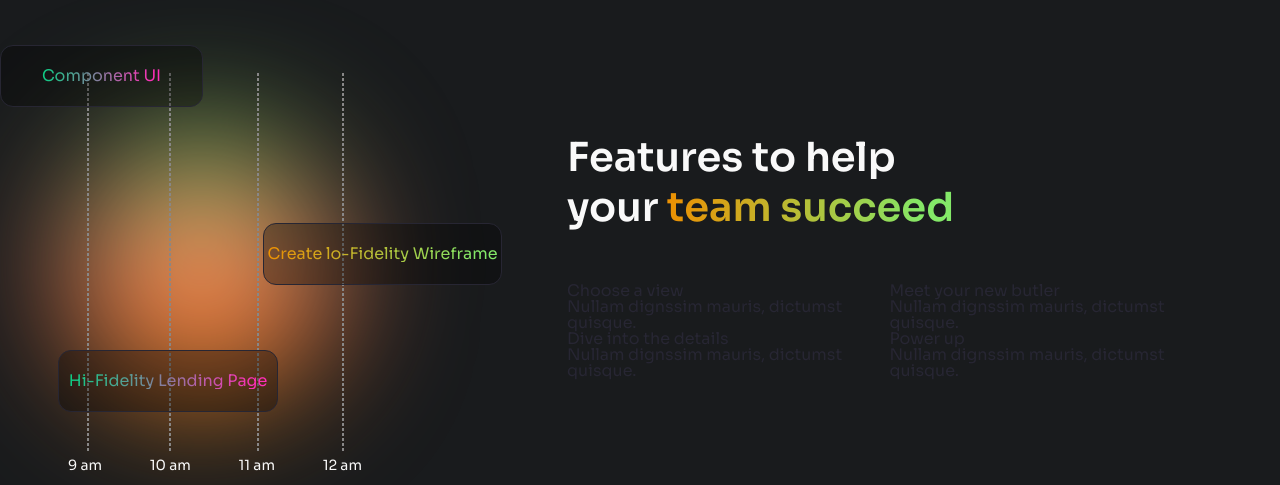
Repository: anhthiethumg/Task_Managerment_Website
Page: index.html
An editor plug-in stored every save of this project. The page is shown before and after the next save, followed by the edit.
The browser window is 1280 px wide. The pictures show the part of the page from y = 2400 to 2888 px (the page is 2885 px tall before and 2888 px after).
A picture or video elsewhere on the page could not be fetched, so the positions and the page height are approximate.

Above is the page before, as saved 2023-07-31 09:08:46.

### index.html
<!DOCTYPE html>
<html lang="en">
  <head>
    <meta charset="UTF-8" />
    <meta name="viewport" content="width=device-width, initial-scale=1.0" />
    <title>Task Managerment Website</title>
    <!-- Reset Css -->
    <link rel="stylesheet" href="./assets/css/reset.css" />

    <!-- CSS -->
    <link rel="stylesheet" href="./assets/css/styles.css" />

    <!-- Embed Font-->

    <link rel="preconnect" href="https://fonts.googleapis.com" />
    <link rel="preconnect" href="https://fonts.gstatic.com" crossorigin />
    <link
      href="https://fonts.googleapis.com/css2?family=Sora:wght@400;600;700;800&display=swap"
      rel="stylesheet"
    />
  </head>
  <body>
    <!-- Header -->
    <section class="header">
      <div class="container">
        <navbar class="row nav">
          <img src="./assets/image/logo.svg" alt="Task." />
          <div class="nav-list">
            <a class="nav-item" href="#!">Home</a>
            <a class="nav-item" href="#!">Products</a>
            <a class="nav-item" href="#!">Guidlines</a>
            <a class="nav-item" href="#!">Guidlines</a>
          </div>
          <button class="btn nav-btn">Sign In</button>
        </navbar>
        <section class="hero">
          <div class="row hero__content">
            <div class="stacked-circles">
              <div class="circles"></div>
              <div class="circles"></div>
              <div class="circles"></div>
              <div class="circles"></div>
            </div>
            <div class="hero--content__heading">
              <h1 class="hero__heading">
                Make <span class="heading__liner">Management</span> Way More
                Easier Than Ever
              </h1>
              <p class="hero__desc section-desc">
                The online collaborative management platform to bring more
                efficiency and performace
              </p>
              <div class="hero-btn row">
                <button type="button" class="btn hero__btn">
                  Request Demo
                </button>
                <button type="button" class="btn hero__btn">Contact Us</button>
              </div>
            </div>
            <div class="stacked-circles">
              <div class="circles"></div>
              <div class="circles"></div>
              <div class="circles"></div>
              <div class="circles"></div>
            </div>
          </div>
          <section class="task-manager row">
            <sidebar class="sidebar">
              <div class="row sidebar__header">
                <img
                  src="./assets/icons/icon-sidebar.svg"
                  alt="icon-sidebar"
                  class="icon__sidebar"
                />
                <img
                  src="./assets/icons/dashboard-icon.svg"
                  alt="dashboard-icon"
                  class="dashboard-icon"
                />
                <h4 class="sidebar__heading">Dashboard</h4>
              </div>
              <div class="sidebar__list">
                <h4 class="sidebar__list--heading">Collections</h4>
                <div class="sidebar__list--item">
                  <h5 class="sidebar__item--content">School</h5>
                </div>
                <div class="sidebar__list--item">
                  <h5 class="sidebar__item--content">Personal</h5>
                </div>
              </div>
            </sidebar>
            <section class="task-manager__section">
              <div class="task__header row">
                <img src="./assets/icons/school.png" alt="Back" class="back" />
                <img
                  src="./assets/icons/contact us icon.png"
                  alt="Contact"
                  class="contact-us"
                />
              </div>
              <div class="task__content row">
                <div class="list--work">
                  <div class="list-sort">Sort</div>
                  <div class="work--item">Finish the Easay collaboration</div>
                  <div class="work--item">Do the math for next monday</div>
                  <div class="work--item">
                    Read the next chapter of the book
                  </div>
                  <div class="work--item">
                    Send the collabaration files to jerusha
                  </div>
                  <div class="work--item">
                    Finish the powerpoint presentation
                  </div>
                  <div class="work--item">Add task</div>
                </div>
                <div class="daily-task">
                  <div class="dailytask__heading">Daily task.</div>
                  <img
                    class="dailytask__img"
                    src="./assets/image/Rectangle 50.png"
                    alt="Daily task"
                  />
                </div>
              </div>
              <div class="card">
                <div class="card__heading">Collections</div>
                <div class="card__list">
                  <div class="card__item">
                    <div class="card__item--icon"></div>
                    <div class="card__item--content">
                      <h4 class="card__item--title">School</h4>
                      <p class="card__item--desc">4 task plus tomorrow.</p>
                    </div>
                  </div>
                  <div class="card__item">
                    <div class="card__item--icon"></div>
                    <div class="card__item--content">
                      <h4 class="card__item--title">Personal</h4>
                      <p class="card__item--desc">1 task plus today.</p>
                    </div>
                  </div>
                  <div class="card__item">
                    <div class="card__item--icon"></div>
                    <div class="card__item--content">
                      <h4 class="card__item--title">Design</h4>
                      <p class="card__item--desc">3 task plus rewt week.</p>
                    </div>
                  </div>
                </div>
              </div>
            </section>
          </section>
        </section>
      </div>
    </section>

    <!-- Main -->
    <main class="main">
      <div class="container">
        <!-- Services -->
        <section class="services">
          <div class="services__icon--list">
            <div class="services__icon--bg">
              <img
                src="./assets/icons/report.png"
                alt="Report"
                class="services__icon"
              />
            </div>
            <img src="./assets/icons/dash line-1.svg" alt="dash-line" />
            <div class="services__icon--bg">
              <img
                src="./assets/icons/server.png"
                alt="Server"
                class="services__icon"
              />
            </div>

            <img src="./assets/icons/dash line-1.svg" alt="dash-line" />
            <div class="services__icon--bg">
              <img
                src="./assets/icons/support.png"
                alt="Support"
                class="services__icon"
              />
            </div>
          </div>
          <div class="services__list row">
            <div class="services__items">
              <h3 class="services__heading">Structured Reports</h3>
              <p class="services__desc">
                Sed rhoncus sit sed tellus donec lorem lectus nunc, ornare
              </p>
            </div>
            <div class="services__items">
              <h3 class="services__heading">Cloud System</h3>
              <p class="services__desc">
                Sed rhoncus sit sed tellus donec lorem lectus nunc, ornare
              </p>
            </div>
            <div class="services__items">
              <h3 class="services__heading">24/7 Support</h3>
              <p class="services__desc">
                Sed rhoncus sit sed tellus donec lorem lectus nunc, ornare
              </p>
            </div>
          </div>
        </section>

        <!-- Static -->

        <section class="static row">
          <section class="static__content">
            <h2 class="static__heading section__heading">
              Okay, <span class="heading__liner">Let’s</span> see D’task in
              numbers
            </h2>
            <p class="static__desc section__desc">
              Powering a productive team means using a powerful tool (and plenty
              of snacks). From meetings and projects to events and goal setting,
              D'taak intuitive features give any team the ability to quickly set
              up and customize workflows for just about anything
            </p>
            <div class="static__dot row">
              <div class="dot"></div>
              <div class="dot"></div>
              <div class="dot"></div>
            </div>
            <div class="static__list row">
              <div class="static__item">
                <div class="static--item__number">12M</div>
                <div class="static--item__title">Support</div>
              </div>
              <div class="static__item">
                <div class="static--item__number">16</div>
                <div class="static--item__title">Active User</div>
              </div>
              <div class="static__item">
                <div class="static--item__number">7/24</div>
                <div class="static--item__title">Languages</div>
              </div>
            </div>
          </section>
          <div class="static__media">
            <img
              class="static--media__bg"
              src="./assets/image/static_background.svg"
              alt="background"
            />
            <div class="dash-shape"></div>
            <div class="dash-shape"></div>
            <div class="dash-shape"></div>
            <div class="dash-shape"></div>
            <!-- <div class="static--media__item row">
              <h3 class="static--media__title ">
                <span class="heading__liner">Online Support</span>
              </h3>
              <img class="static--media__icons" src = "./assets/icons/video-button.svg"/>
            </div>
            <div class="static--media__item row">
              <h3 class="static--media__title ">
                <span class="heading__liner">Exercitation</span>
              </h3>
              <img class="static--media__icons" src = "./assets/icons/Exercitation-icon.svg"/>
            </div>
            <div class="static--media__item row">
              <h3 class="static--media__title ">
                <span class="heading__liner">D’ task</span>
              </h3>
              <img class="static--media__icons" src = "./assets/icons/video-button.svg"/>
            </div>
            <div class="static--media__item row">
              <h3 class="static--media__title ">
                <span class="heading__liner">Design</span>
              </h3>
              <img class="static--media__icons" src = "./assets/icons/video-button.svg"/>
            </div> -->
          </div>
        </section>
      </div>
      <!-- Features -->
      <section class="features">
        <div class="container row">
          <div class="feature__meida">
            <div class="shape--blur"></div>
            <div class="block--line">
              <div class="dash--line">
                <div class="line"></div>
                <div class="dash-line__content">9 am</div>
              </div>
              <div class="dash--line">
                <div class="line"></div>
                <div class="dash-line__content">10 am</div>
              </div>
              <div class="dash--line">
                <div class="line"></div>
                <div class="dash-line__content">11 am</div>
              </div>
              <div class="dash--line">
                <div class="line"></div>
                <div class="dash-line__content">12 am</div>
              </div>
            </div>
            <div class="feature--btn">
              <div class="feature__btn btn">
                <span class="heading__liner"> Component UI </span>
              </div>
              <div class="feature__btn btn">
                <span class="heading__liner">
                  Create lo-Fidelity Wireframe
                </span>
              </div>
              <div class="feature__btn btn">
                <span class="heading__liner"> Hi-Fidelity Lending Page </span>
              </div>
            </div>
          </div>
          <div class="feature__content">
            <h2 class="section__heading feature__heading">
              Features to help your
              <span class="heading__liner"> team succeed </span>
            </h2>
            <div class="feature__list">
              <div class="feature__item">
                <h3 class="feature--item__title">Choose a view</h3>
                <p class="feature__desc">
                  Nullam dignssim mauris, dictumst quisque.
                </p>
              </div>
              <div class="feature__item">
                <h3 class="feature--item__title">Meet your new butler</h3>
                <p class="feature__desc">
                  Nullam dignssim mauris, dictumst quisque.
                </p>
              </div>
              <div class="feature__item">
                <h3 class="feature--item__title">Dive into the details</h3>
                <p class="feature__desc">
                  Nullam dignssim mauris, dictumst quisque.
                </p>
              </div>
              <div class="feature__item">
                <h3 class="feature--item__title">Power up</h3>
                <p class="feature__desc">
                  Nullam dignssim mauris, dictumst quisque.
                </p>
              </div>
            </div>
          </div>
        </div>
      </section>
    </main>
  </body>
</html>

### assets/css/styles.css
* {
  box-sizing: border-box;
}

html {
  font-size: 62.5%;
}

:root {
  color: var(--text-color-gray-2, #282c30);
  color: var(--text-color-white, #f9f9f9);
  color: var(
    --primary-color-leniar-color,
    linear-gradient(90deg, #eb9204 1.67%, #83e868 89.99%)
  );
  color: var(--primary-color-background, #131517);
  color: var(--text-color-dark-blue, #272633);
}

body {
  font-size: 1.6rem;
  font-family: "Sora", sans-serif;
  background: var(--primary-color-background, #131517);
}

/* Common */

a {
  text-decoration: none;
}

.container {
  width: 1144px;
  margin: 0 auto;
}

.row {
  display: flex;
}

.btn {
  width: 110px;
  height: 40px;
  border-radius: 8px;
  border: 1px solid var(--text-color-dark-blue, #272633);
  background: #131517;
  text-align: center;
}

.section__desc {
  color: var(--text-color-gray-1, #858b93);
  text-align: center;
  font-size: 1.6rem;
  font-weight: 400;
  line-height: 1.625;
}

.section__heading {
  color: var(--text-color-white, #f9f9f9);
  font-size: 4rem;
  font-weight: 600;
}
/* Header */

.header {
  margin-top: 40px;
  margin-bottom: 140px;
  padding-top: 10px;
}

/* Navbar */

.nav {
  justify-content: space-between;
  align-items: center;
  height: 40px;
  margin-bottom: 157px;
}

.nav-item {
  margin-right: 36px;
  color: var(--text-color-gray-1, #858b93);
  font-size: 1.6rem;
  font-weight: 400;
  line-height: 1.5;
}

.nav-item:hover {
  color: var(--text-color-white, #f9f9f9);
  text-decoration: underline;
}

.nav-btn {
  background: var(
    --primary-color-leniar-color,
    linear-gradient(90deg, #eb9204 1.67%, #83e868 89.99%)
  );
  background-clip: text;
  -webkit-background-clip: text;
  -webkit-text-fill-color: transparent;
  font-size: 1.6rem;
  font-weight: 400;
  line-height: 1.5;
}

/* hero-content */
.hero__content {
  padding: 0 25px;
  justify-content: space-between;
}
.hero__heading {
  margin: 0 auto 34px;
  width: 783px;
  color: var(--text-color-white, #f9f9f9);
  text-align: center;
  font-size: 6rem;
  font-weight: 700;
  line-height: 1.17;
}

.heading__liner {
  background: var(
    --primary-color-leniar-color,
    linear-gradient(90deg, #eb9204 1.67%, #83e868 89.99%)
  );
  background-clip: text;
  -webkit-background-clip: text;
  -webkit-text-fill-color: transparent;
}

.hero__desc {
  width: 447px;
  margin: 0 auto 44px;
}

.hero-btn {
  justify-content: center;
  gap: 30px;
}

.hero__btn {
  margin-bottom: 111px;
  width: 199px;
  height: 54px;
  color: var(--text-color-white, #f9f9f9);
  font-size: 1.6rem;
  font-weight: 400;
  line-height: 1.625;
}

.hero__btn:hover {
  background: var(
    --primary-color-leniar-color,
    linear-gradient(90deg, #eb9204 1.67%, #83e868 89.99%)
  );
}

/* hero circle */

.stacked-circles {
  display: flex;
  flex-direction: column;
  align-items: center;
  margin-top: -75px;
}

.circles {
  fill: linear-gradient(180deg, #111118 4.96%, rgba(43, 43, 61, 0) 100%);
  box-shadow: 0px 39px 31px 0px #313141 inset;
  border-radius: 50%;
}
.circles:first-child {
  width: 121px;
  height: 121px;
  margin-bottom: 41px;
}

.circles:nth-child(2) {
  width: 39px;
  height: 39px;
  margin-bottom: 36px;
}

.circles:nth-child(3) {
  width: 25px;
  height: 25px;
  margin-bottom: 39px;
}

.circles:last-child {
  width: 14px;
  height: 14px;
  flex-shrink: 0;
}

/* task manager */

.task-manager {
  width: 848px;
  height: 366px;
  border-radius: 8px 8px 0px 0px;
  background: #1f2326;
  margin-left: 180px;
}

.sidebar {
  padding: 18px 0 0 16px;
}

.sidebar__header {
  width: 192px;
  height: 39px;
  align-items: center;
}

.icon__sidebar {
  width: 9px;
  height: 9px;
  margin-right: 25px;
}

.dashboard-icon {
  width: 13px;
  height: 11px;
  margin-right: 17px;
}

.sidebar__heading {
  color: #98989c;
  font-size: 1.4rem;
  font-weight: 600;
}

.sidebar__list--heading {
  margin: 15px 0 15px;
  color: var(--text-color-white, #f9f9f9);
  font-size: 1.4rem;
  font-weight: 600;
}

.sidebar__list--item {
  width: 192px;
  height: 39px;
  display: flex;
  align-items: center;
}

.sidebar__list--item:hover {
  background: #2b2d2f;
}
.sidebar__item--content {
  color: var(--text-color-gray-1, #858b93);
  font-size: 1.2rem;
  font-weight: 600;
  opacity: 0.6000000238418579;
  display: flex;
  align-items: center;
}

.sidebar__item--content::before {
  display: inline-block;
  content: " ";
  width: 17px;
  height: 17px;
  border-radius: 5px;
  background: #ae8ff9;
  margin-right: 10px;
}

.task-manager__section {
  position: relative;
  margin-top: 28px;
  margin-right: 15px;
  background: #0d1012;
  width: 100%;
  padding: 30px;
}

.task__header {
  margin-left: 140px;
  justify-content: space-between;
}

.list--work {
  width: 362px;
  margin-right: 52px;
}

.list-sort {
  color: #838386;
  font-size: 1.2rem;
  font-weight: 400;
  text-align: right;
  height: 30px;
}

.list-sort::before {
  display: inline-block;
  content: " ";
  width: 10px;
  height: 5px;
  border-radius: 5px;
  margin-right: 10px;
  background-image: url(../icons/sort.svg);
  margin-left: 10px;
}
.work--item {
  display: flex;
  align-items: center;
  margin-bottom: 10px;
  width: 100%;
  height: 30px;
  border-radius: 10px;
  background: #14181b;
  color: #9ea1a7;
  font-size: 1rem;
  font-weight: 300;
}

.work--item:before {
  display: inline-block;
  content: " ";
  width: 14px;
  height: 14px;
  border-radius: 5px;
  margin-right: 10px;
  background-image: url(../icons/check.svg);
  margin-left: 10px;
}

.work--item:last-child:before {
  background-image: url(../icons/add.svg);
}

.dailytask__heading {
  color: var(--text-color-white, #f9f9f9);
  font-size: 1.4rem;
  font-weight: 400;
  margin-bottom: 20px;
}

.dailytask__img {
  width: 167px;
  height: 218px;
  flex-shrink: 0;
  border-radius: 17px;
  background: rgba(13, 16, 18, 0.24);
}

.card {
  position: absolute;
  width: 216px;
  height: 335px;
  border-radius: 15px 15px 22px 22px;
  background: #0d1012;
  padding: 26px 15px;
  left: -295px;
  top: 150px;
}

.card__heading {
  color: #f9f9f9;
  font-size: 1.4rem;
  font-weight: 600;
  margin-left: 10px;
  margin-bottom: 21px;
}

.card__item {
  display: flex;
  align-items: center;
  width: 188px;
  height: 78px;
  border-radius: 13px;
  background: #14181b;
  margin-bottom: 8px;
}
.card__item--icon {
  width: 33px;
  height: 33px;
  border-radius: 12px;
  margin: 12px;
}

.card__item:first-child .card__item--icon {
  background: var(--primary-color-dark-orange, #ff7667);
}

.card__item:nth-child(2) .card__item--icon {
  background: var(--primary-color-blue, #ae8ff9);
}

.card__item:last-child .card__item--icon {
  background: var(--primary-color-green, #0cce84);
}

.card__item--title {
  color: #fff;
  font-size: 1.4rem;
  font-weight: 600;
  margin-bottom: 3px;
}

.card__item--desc {
  color: var(--text-color-gray-1, #858b93);
  font-size: 1rem;
  font-weight: 400;
}

/* services */

.services {
  padding: 41px 50px 53px 50px;
  margin-top: 286px;
  margin-bottom: 140px;
  width: 1096px;
  height: 331px;
  border-radius: 27px;
  background: var(--text-color-gray-2, #282c30);
}

.services__icon--list {
  display: flex;
  align-items: center;
  justify-content: space-around;
  margin: 30px 50px;
}

.services__icon--bg {
  background: var(--primary-color-green, #0cce84);
  width: 62px;
  height: 62px;
  border-radius: 50%;
  display: flex;
  align-items: center;
  justify-content: center;
}

.services__icon--bg:nth-child(2) {
  background: var(--primary-color-dark-yellow, #ef8f00);
}

.services__icon--bg:last-child {
  background: var(--primary-color-blue, #ae8ff9);
}
.services__icon {
  width: 32px;
  height: 32px;
}

.services__list {
  justify-content: space-between;
}

.services__items {
  width: 238px;
  text-align: center;
}

.services__heading {
  color: var(--text-color-white, #f9f9f9);
  font-size: 2.2rem;
  font-weight: 600;
  line-height: 1.45;
}

.services__desc {
  color: #858b93;
  font-size: 1.6rem;
  font-weight: 400;
  line-height: 1.625;
}

/* Static */
.static__content {
  width: 537px;
  margin-bottom: 140px;
}
.static__heading {
  width: 368px;
  margin-bottom: 22px;
}

.static__desc {
  width: 537px;
  height: 106px;
  text-align: left;
  margin-bottom: 86px;
}

.static__dot {
  gap: 6px;
  justify-content: center;
  margin-bottom: 28px;
  margin-left: -105px;
}
.dot {
  width: 6px;
  height: 6px;
  border-radius: 50%;
  background: #838386;
}

.dot:nth-child(2) {
  background: #ef8f00;
}

.static__list {
  gap: 17px;
}
.static__item {
  text-align: center;
  padding-top: 21px;
  width: 132px;
  height: 127px;
  border-radius: 9px;
  background: var(--text-color-dark-blue, #272633);
}

.static__item:nth-child(odd) {
  margin-top: -30px;
}

.static__item:nth-child(2) {
  background: linear-gradient(
    191deg,
    #c4f566 7.35%,
    #ae8ef9 28.41%,
    #ef8f00 60.81%,
    #61e559 100%
  );
}

.static__item:nth-child(2) .static--item__title {
  color: var(--text-color-white, #f9f9f9);
}
.static--item__number {
  color: var(--text-color-white, #f9f9f9);
  font-size: 3rem;
  font-weight: 600;
  margin-bottom: 16px;
}

.static--item__title {
  color: var(--text-color-gray-1, #858b93);
  font-size: 1.6rem;
  font-weight: 400;
  line-height: 1.625;
}

.static__media {
  position: relative;
}

.static--media__bg {
  position: absolute;
}
.dash-shape {
  position: absolute;
  width: 455px;
  height: 455px;
  border-radius: 455px;
  border: 2px dashed #2f2f2f;
  top: 50px;
  left: 50px;
}

.dash-shape:nth-child(2) {
  width: 336px;
  height: 336px;
  top: 110px;
  left: 110px;
}

.dash-shape:nth-child(3) {
  width: 209px;
  height: 209px;
  background: #6aea5c;
  opacity: 0.5;
  border: 2px solid #6aea5c;
  top: 170px;
  left: 170px;
}

.dash-shape:nth-child(4) {
  width: 137px;
  height: 137px;
  background: #6aea5c;
  border: 2px solid #6aea5c;
  top: 205px;
  left: 205px;
}
/*
.static--media__item {
  position: absolute;
  justify-content: space-between;
  align-items: center;
  width: 225px;
  height: 61px;
  border-radius: 5px;
  background: #27292c;
  padding: 20px;

}

.static--media__item:nth-child(1) {
  top: 50px;
  left: 150px;
}
.static--media__item:nth-child(2) {
  top: 450px;
  left: 150px;
}
.static--media__item:nth-child(3) {
  top: 150px;
  left: 10px;
}
.static--media__item:nth-child(4) {
  top: 150px;
  left: 150px;
} */

/* Feature */
.features {
  background: #191b1d;
  padding: 153px 0 85px 0;
}

.feature__meida {
  position: relative;
  margin-right: 232px;
}
.shape--blur {
  width: 267px;
  height: 267px;
  border-radius: 267px;
  background: linear-gradient(180deg, #6aea5c 0%, #fd7566 48.53%, #ef8f00 100%);
  filter: blur(66px);
}

.block--line {
  position: absolute;
  top: -60px;
  width: 294px;
  height: 378px;
  display: flex;
  justify-content: space-between;
}

.line {
  height: 100%;
  width: 1px;
  border: 1px dashed #888787;
  align-items: center;
  margin-left: 19px;
  margin-bottom: 7px;
}

.dash-line__content {
  color: #f9f9f9;
  font-size: 1.4rem;
  font-weight: 400;
}

.feature--btn {
  position: relative;
}

.feature__btn {
  position: absolute;
  border-radius: 13px;
  height: 62px;
  background: rgba(0, 0, 0, 0.32);
  display: flex;
  justify-content: center;
  align-items: center;
}

.feature__btn:nth-child(1) {
  top: -355px;
  left: -68px;
  width: 203px;
}

.feature__btn:nth-child(2) {
  width: 239px;
  top: -177px;
  left: 195px;
}
.feature__btn:nth-child(3) {
  width: 220px;
  top: -50px;
  left: -10px;
}

.feature__btn:nth-child(1) .heading__liner, .feature__btn:nth-child(3) .heading__liner {
  background: linear-gradient(90deg, #0cce84 0%, #ff2eb8 94.43%);
  background-clip: text;
  -webkit-background-clip: text;
  -webkit-text-fill-color: transparent;
}

.feature__heading {
  width: 399px;
  line-height: 1.25;
}

.feature__heading {
  margin-bottom: 50px;
}

.feature__list {
  display: grid;
  grid-template-columns: 1fr 1fr;
}

.feature--item__title {

}

Loaded but not shown: assets/css/reset.css (common file)

After the next save:
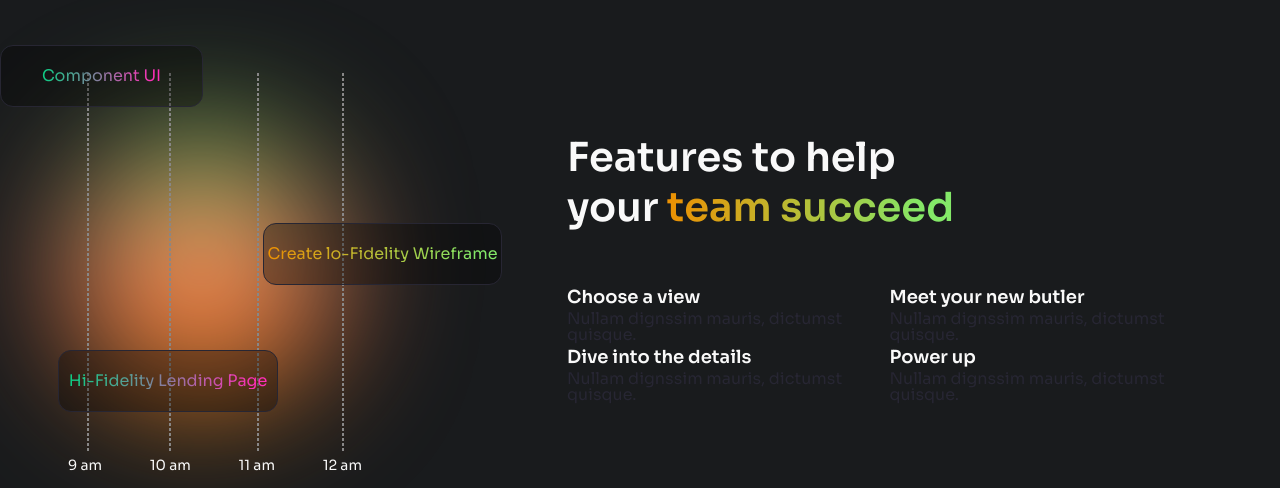
Saved 6 s later.
--- a/assets/css/styles.css
+++ b/assets/css/styles.css
@@ -715,5 +715,10 @@ a {
 }
 
 .feature--item__title {
-
-}
+  color: var(--text-color-white, #F9F9F9);
+font-family: Sora;
+font-size: 18px;
+font-style: normal;
+font-weight: 600;
+line-height: 28px; /* 155.556% */
+}
